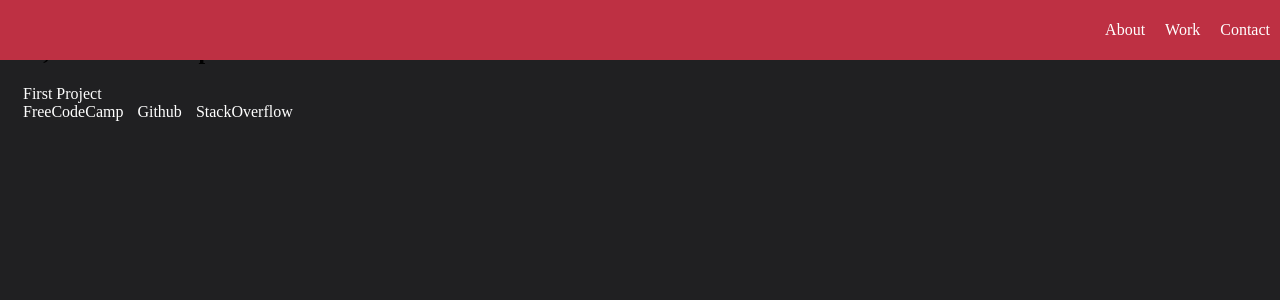
Repository: justicebhekani88/microverse_portfolio_project
Page: index.html
The author's editor kept a copy of each file at every save. The page is drawn from the files as they stood at one save, then again after the next save.
The browser window is 1280 px wide. The pictures show the whole page.

Above is the page before, as saved 2022-07-21 14:49:41.

### index.html
<!DOCTYPE html>
<html lang="en">

<head>
    <meta charset="UTF-8">
    <meta http-equiv="X-UA-Compatible" content="IE=edge">
    <meta name="viewport" content="width=device-width, initial-scale=1.0">
    <link rel="stylesheet" href="style.css">
    <title>Portfolio Project</title>
</head>

<body>
    <nav id="navbar">
        <ul id="nav-list">
            <li><a href="#welcome-section">About</a></li>
            <li><a href="#projects">Work</a></li>
            <li><a href="#contact">Contact</a></li>
        </ul>
    </nav>
    <div id="main">
        <section id="welcome-section">
            <h1>Hi, We are developers</h1>
        </section>
        <section id="projects">
            <div class="project-tile"></div>
            <a href="">
                First Project
            </a>
        </section>
        <section>
            <a href="#" id="profile-link" target="_blank">FreeCodeCamp</a>
            <a href="#" id="profile-link" target="_blank">Github</a>
            <a href="#" id="profile-link" target="_blank">StackOverflow</a>
        </section>
    </div>

</body>

</html>

### style.css
body {
    background-color: #202022;
}

nav {
    color: white;
    display: flex;
    justify-content: flex-end;
    position: fixed;
    top: 0;
    left: 0;
    width: 100%;
    background: #BE3043;
}

#nav-list {
    display: flex;
}

li, a {
    list-style: none;
    color: white;
    padding: 5px;
    text-decoration: none;
}

@media only screen and (min-width: 600px) {
    #main {
        padding: 10px;
    }
}

After the next save:
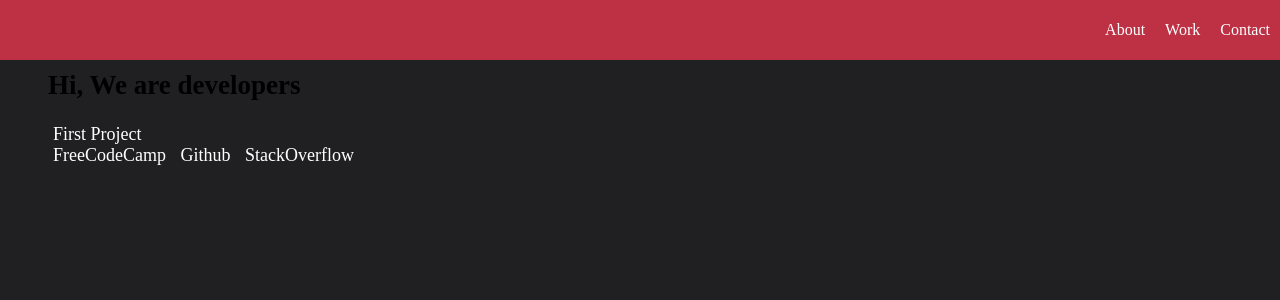
Saved 33 s later.
--- a/style.css
+++ b/style.css
@@ -29,3 +29,10 @@ li, a {
         padding: 10px;
     }
 }
+
+@media only screen and (min-width: 1280px) {
+    #main {
+        padding: 40px;
+        font-size: large;
+    }
+}
